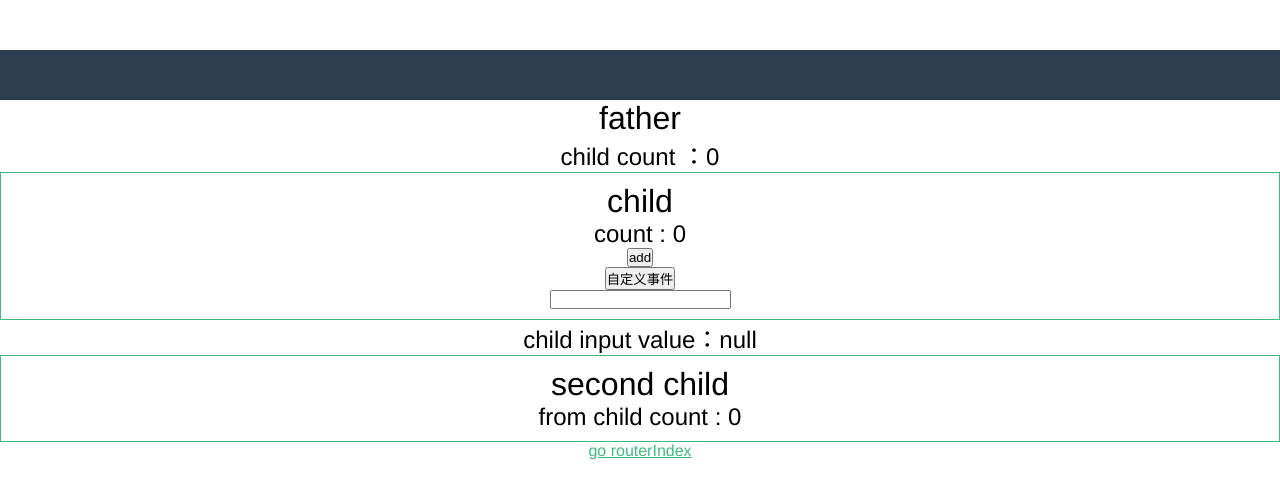
Repository: NotTooTwo/vueRouter
Page: /
These files come from the project's save history. The page is drawn as it stood at one moment and after a run of saves; the edit follows.
The browser window is 1280 px wide. The pictures show the whole page.
The project was rebuilt for these pictures with package versions that can differ from the ones it lists, and the page was loaded fresh each time. Also part of the build but not shown: src/components/routerTest/routerIndex.vue.

Above is the page before, as saved 2018-03-13 15:24:55.

### src/main.js
// The Vue build version to load with the `import` command
// (runtime-only or standalone) has been set in webpack.base.conf with an alias.
import Vue from 'vue'
import App from './App'
import router from './router'

Vue.config.productionTip = false

/* eslint-disable no-new */
var vm = new Vue({
  el: '#app',
  router,
  components: { App },
  template: '<App/>'
})

### src/App.vue
<template>
  <div id="app">
    <div class="back"><span v-if='$router.length'>back</span></div>
    <router-view/>
  </div>
</template>

<script>
export default {
  name: 'App'
}
</script>

<style>
*{
  padding: 0;
  margin: 0;
  box-sizing: border-box;
}
#app {
  font-family: 'Avenir', Helvetica, Arial, sans-serif;
  -webkit-font-smoothing: antialiased;
  -moz-osx-font-smoothing: grayscale;
  text-align: center;
  padding-top: 50px;
  position: relative;
}
#app .back{
  height: 50px;
  line-height: 50px;
  background: #2c3e50;
  width: 100%;
  color:#fff;
  font-size: 17px;
  font-weight: bold;
  padding:0 12px;
  text-align: left ;
}
</style>

### src/router/index.js
import Vue from 'vue'
import Router from 'vue-router'
import HelloWorld from '@/components/test/HelloWorld'
import RouterIndex from '@/components/routerTest/routerIndex'

Vue.use(Router)

export default new Router({
  routes: [
    {
      path: '/',
      name: 'HelloWorld',
      component: HelloWorld
    },
    {
      path: '/routerIndex',
      name: 'RouterIndex',
      component: RouterIndex
    }
  ]
})

### src/components/test/HelloWorld.vue
<template>
  <div class="hello">
    <h1>father</h1>
    <h2>child count ：{{childNum}}</h2>
    <!-- 子组件给父组件传参：子组件内(add()函数)$emit触发父组件的预定义的触发函数 -->
    <Child :countNum=childNum v-on:childCount="countChildNum"></Child>
    <h2>child input value：{{msg||'null'}}</h2>
    <second-child :countNum=childNum></second-child>
    <router-link to='/routerIndex'>go routerIndex</router-link>
  </div>
</template>

<script>
import Child from './child'
import SecondChild from './secondChild'

export default {
  name: 'HelloWorld',
  data () {
    return {
      msg: '',
      childNum:0
    }
  },
methods:{
  countChildNum(num){
      this.childNum = num;
  }
},
mounted(){
  console.log(this.$events)
},
components:{
    Child,
    'second-child':SecondChild
  }
}
</script>

<!-- Add "scoped" attribute to limit CSS to this component only -->
<style scoped>
h1, h2 {
  font-weight: normal;
}
ul {
  list-style-type: none;
  padding: 0;
}
li {
  display: inline-block;
  margin: 0 10px;
}
a {
  color: #42b983;
}
</style>

### src/components/test/child.vue
<template>
  <div class="child">
    <h1>child</h1>
    <h2>count : {{count}}</h2>
    <button @click='add'>add</button>
    <div>
      <button @click='sendMsg'>自定义事件</button>
    </div>
    <div>
      <input type="text" v-model="childVal">
    </div>
  </div>
</template>

<script>
import bus from '../../assets/bus.js'
export default {
  name: 'child',
  data () {
    return {
      msg: 'Welcome to Your Vue.js App',
      count: 0,
      childVal:''
    }
  },
  props:[
    'countNum'
  ],
  created(){
    this.count=this.countNum;
  },
  watch:{
      'childVal'(val,old){
          this.$parent.msg = val
      }
  },
  methods:{
    add(){
      ++this.count;
      this.$emit('childCount',this.count)
      bus.$emit('childCount',this.count)
    },
    sendMsg(){
      // console.log(this.$parent.msg)
      // this.$set(this.$parent,'msg',this.childVal)
      // this.$parent.msg = this.childVal;
      // this.$dispatch('childrenClick');
    }
  }
}
</script>

<!-- Add "scoped" attribute to limit CSS to this component only -->
<style scoped>
h1, h2 {
  font-weight: normal;
}
ul {
  list-style-type: none;
  padding: 0;
}
li {
  display: inline-block;
  margin: 0 10px;
}
a {
  color: #42b983;
}
.child{
  padding: 10px;
  border: 1px solid #42b983;

}
</style>

### src/components/test/secondChild.vue
<template>
  <div class="child">
    <h1>second child</h1>
    <h2>from child count : {{count}}</h2>
  </div>
</template>

<script>
import bus from '../../assets/bus.js'

export default {
  name: 'secondChild',
  data () {
    return {
      msg: 'Welcome to Your Vue.js App',
      count: 0,
    }
  },
  props:[
    'countNum'
  ],
  created(){
    var _this= this;
    _this.count=_this.countNum;
    bus.$on("childCount",function (msg) {
                    _this.count=msg;
                })
  },
  watch:{
      'childVal'(val,old){
          this.$parent.msg = val
      }
  },
  methods:{
    add(){
      ++this.count;
      this.$emit('childCount',this.count)
    },
    sendMsg(){
      // console.log(this.$parent.msg)
      // this.$set(this.$parent,'msg',this.childVal)
      // this.$parent.msg = this.childVal;
      this.$dispatch('childrenClick');
    }
  }
}
</script>

<!-- Add "scoped" attribute to limit CSS to this component only -->
<style scoped>
h1, h2 {
  font-weight: normal;
}
ul {
  list-style-type: none;
  padding: 0;
}
li {
  display: inline-block;
  margin: 0 10px;
}
a {
  color: #42b983;
}
.child{
  padding: 10px;
  border: 1px solid #42b983;

}
</style>

Loaded but not shown: index.html (common file); src/assets/bus.js (common file)

After the next 5 saves:
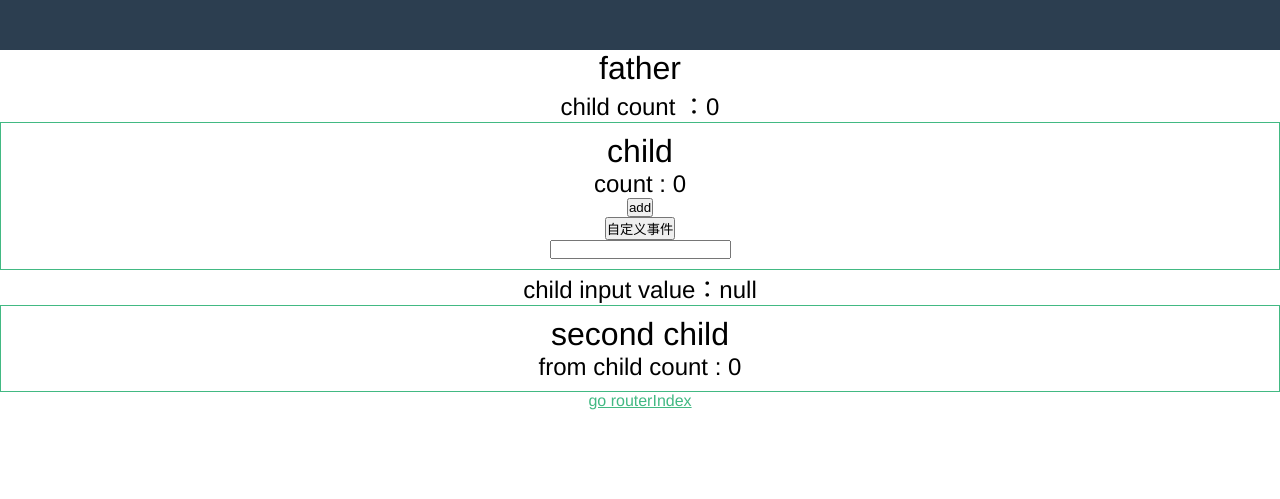
The 5 saves are shown as one change because they came seconds apart.
The last was saved 14 s later.
--- a/src/App.vue
+++ b/src/App.vue
@@ -35,5 +35,8 @@ export default {
   font-weight: bold;
   padding:0 12px;
   text-align: left ;
+  position: fixed;
+  top: 0;
+  left: 0
 }
 </style>
